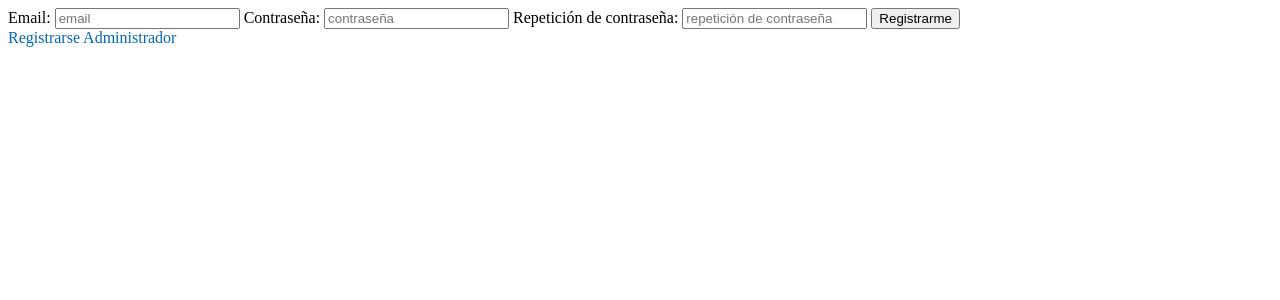
Repository: jluislechado/gestionUsuario
Page: http://localhost/php/registro.php
The author's editor kept a record of every edit. The page is drawn from the files as they stood at one moment, then again after the next edit.
The browser window is 1280 px wide. The pictures show the whole page.
The page is run by PHP 8.4 with error messages shown; the project is at /var/www/html/.

Above is the page before.

### workspace/php/registro.php
<?php
require '../clases/AutoCarga.php';
$bd= new DataBase();
$gestor= new ManageUsuario($bd);
$sesion= new Session();


?>
<!DOCTYPE html>
<html>
    <head>
        <meta charset="UTF-8">
        <title></title>
         <link rel="stylesheet" href="../estilo/estilo.css"/>
    </head>
    <body>
        <form action="phpregistro.php" method="post">
            <span>Email: </span><input type="email" name="email" placeholder="email"/>
            <span>Contraseña: </span><input type="password" name="contrasena" placeholder="contraseña"/>
            <span>Repetición de contraseña: </span><input type="password" name="repeticion" placeholder="repetición de contraseña"/>
            <input type="submit" value="Registrarme"/>
        </form>
        <a href="#">Registrarse</a>
        <a href="#">Administrador</a>
    </body>
</html>

### workspace/clases/AutoCarga.php
<?php
class AutoCarga {
    static function cargar($clase){
        $clase = str_replace("\\", "/", $clase);
        $archivo = "../clases/" .$clase . ".php";
         if (file_exists($archivo)) {
              require $archivo;
         }
   }
}
spl_autoload_register('AutoCarga::cargar'); // Tiene que estar fuera de la clase

### workspace/clases/DataBase.php
<?php
class DataBase {
    private $conexion, $consulta;
    function __construct() {
        try {
            $this->conexion = new PDO(
                    'mysql:host=' . Constant::SERVER . ';' .
                    'dbname=' . Constant::DATABASE, Constant::DBUSER, Constant::DBPASSWORD, array(
                PDO::ATTR_PERSISTENT => true,
                PDO::MYSQL_ATTR_INIT_COMMAND => 'set names utf8')
            );
        } catch (PDOException $e) {
            var_dump($e);
            exit();
            //Esta parte hay que completarla
        }
    }
    function close() {
        $this->conexion = null;
    }
    function getCount() {
        return $this->consulta->rowCount();
    }
    function getId() {
        return $this->conexion->lastInsertId();
    }
    function getErrorConection() {
        return $this->conexion->errorInfo();
    }
    function getError() {
        return $this->consulta->errorInfo();
    }
    function send($sql, $parametros = array()) {
        $this->consulta = $this->conexion->prepare($sql);
        foreach ($parametros as $nombreParametro => $valorParametro) {
            $this->consulta->bindValue($nombreParametro, $valorParametro);
        }
        //echo "parametros:";
        //var_dump($parametros);
        //echo "sql:" .$sql;
        return $this->consulta->execute();
    }
    function getRow() {
        $r = $this->consulta->fetch();
        if ($r === null) {
            $this->consulta->closeCursor();
        }
        return $r;
    }
    function count($tabla, $condicion="1 = 1", $parametros= array()){
        $sql = "select count(*) from $tabla where $condicion";
        $this->send($sql, $parametros);
        $fila = $this->getRow();
        return $fila[0];
    }

    function erase($tabla, $condicion, $parametros = array()) {
        //delete from TABLA where CONDICION
        $sql = "delete from $tabla where $condicion";
        if ($this->send($sql, $parametros)) {
            return $this->getCount();
        }
        return false;
    }
     function delete($tabla, $parametros = array()) {
        //delete from TABLA where CONDICION
        $camposWhere = "";
        foreach ($parametros as $nombreParametro => $valorParametro) {
            $camposWhere .= $nombreParametro . " = :" . $nombreParametro . " and ";
        }
        //$camposWhere .= "1=1";
        $camposWhere = substr($camposWhere, 0, -4);
        $sql = "delete from $tabla where $camposWhere";
        if ($this->send($sql, $parametros)) {
            return $this->getCount();
        }
        return false;
    }

    function insert($tabla, $parametros = array(), $auto = true) {
        //insert into TABLA values (VALORES);
        //insert into TABLA (CAMPOS) values (VALORES);
        //insert into TABLA (c1, c2) values (:c1, :c2);
        //si la tabla tiene un campo autonumerico devuelvo el id
        //si no devuelvo el numero de filas insertadas(1)
        //si error devuelvo false
        $campos = "";
        $valores = "";
        foreach ($parametros as $nombreParametro => $valorParametro) {
            $campos .= $nombreParametro . ",";
            $valores .= ":" . $nombreParametro . ",";
        }
        $campos = substr($campos, 0, -1);
        $valores = substr($valores, 0, -1);
        $sql = "insert into $tabla ($campos) values ($valores)";
        if ($this->send($sql, $parametros)) {
            if ($auto) {
                return $this->getId();
            }
            return $this->getCount();
        }
        return false;
    }
    function update($tabla, $parametrosSet = array(), $parametrosWhere = array()) {
        //update TABLA set VALORES where CONDICION
        //update TABLA set c1=:c1, c2=:c2 where c1=:_c1 and c3=:_c3
        $camposSet = "";
        $camposWhere = "";
        $parametros = array();
        foreach ($parametrosSet as $nombreParametro => $valorParametro) {
            $camposSet .= $nombreParametro . " = :" . $nombreParametro . ",";
            $parametros[$nombreParametro] = $valorParametro;
        }
        $camposSet = substr($camposSet, 0, -1);
        foreach ($parametrosWhere as $nombreParametro => $valorParametro) {
            $camposWhere .= $nombreParametro . " = :_" . $nombreParametro . " and ";
            $parametros["_" . $nombreParametro] = $valorParametro;
        }
        //$camposWhere .= "1=1";
        $camposWhere = substr($camposWhere, 0, -4);
        $sql = "update $tabla set $camposSet where $camposWhere";
        if ($this->send($sql, $parametros)) {
            return $this->getCount();
        }
        return -1;
    }
    function query($tabla, $proyeccion = "*", $parametros = array(), $orden = "1", $limite = "") {
        //select CAMPOS from TABLA where CONDICION order by ORDEN LIMIT
        //select c1,c2 from TABLA where c3=:c3 and c4 = :c4 order by c2 desc,c1 limit 8,15
        $campos = "";
        foreach ($parametros as $nombreParametro => $valorParametro) {
            $campos .= $nombreParametro . " = :" . $nombreParametro . " and ";
        }
        $campos .= "1=1";
        //$campos = substr($campos, 0, -4);
        $limit = "";
        if($limite!==""){
            $limit = "limit $limite";
        }
        $sql = "select $proyeccion from $tabla where $campos order by $orden $limit";
        return $this->send($sql, $parametros);
    }

    function select($tabla, $proyeccion = "*", $condicion = "1 = 1",
                    $parametros = array(), $orden="1", $limite=""){
          $limit = "";
        if($limite!==""){
            $limit = "limit $limite";
        }
        $sql = "select $proyeccion from $tabla "
                . "where $condicion order by $orden $limit";
        return $this->send($sql, $parametros);
    }
}

### workspace/clases/Constant.php
<?php
class Constant {
    const DATABASE = "users";
    const SERVER = "localhost";
    const DBUSER = "mmarjusticia";
    const DBPASSWORD = "";
    const NRPP = 10;
    const SEMILLA="La mató por un yogurt";
}

### workspace/clases/ManageUsuario.php
<?php

class ManageUsuario {
 private $bd = null;
    private $tabla = "usuario";

    function __construct(DataBase $bd) {
        $this->bd = $bd;
    }
    function get($email) {//pasandole el email convierto una fila de mi tabla en un objeto usuario
        $parametros['email'] = $email;
        $this->bd->select($this->tabla, "*", "email=:email", $parametros);
        $fila = $this->bd->getRow();
        $usuario = new Usuario();
        $usuario->set($fila);
        return $usuario;
    }
    function getByAlias($alias){
        $parametros['alias']=$alias;
        $this->bd->select($this->tabla,"*","alias=:alias",$parametros);
        $fila = $this->bd->getRow();
        $usuario = new Usuario();
        $usuario->set($fila);
        return $usuario;
    }
    function getListWhere($condicion,$pagina=1, $nrpp=Constant::NRPP){
         $registroInicial = ($pagina-1)*$nrpp;
         $this->bd->select($this->tabla, "*", $condicion, array(), "alias, email","", $registroInicial, $nrpp);
         $r=array();
         while($fila =$this->bd->getRow()){
             $usuario = new Usuario();
             $usuario->set($fila);
             $r[]=$usuario;
         }
         return $r;
    }

    function getList($proyeccion='*',$orden='email',$criterio='1', $pagina=1, $nrpp=Constant::NRPP){
         $registroInicial = ($pagina-1)*$nrpp;
         $this->bd->select($this->tabla, $proyeccion, "1=1", array(), $orden, $criterio, "$registroInicial, $nrpp");
         $r=array();
         while($fila =$this->bd->getRow()){
             $usuario = new Usuario();
             $usuario->set($fila);
             $r[]=$usuario;
         }
         return $r;
    }
     function delete($email) {
        $parametros = array();
        $parametros['email'] = $email;
        return $this->bd->delete($this->tabla, $parametros);
    }

function deleteUsuarios($parametros) {
        return $this->bd->delete($this->tabla, $parametros);
    }
      function set(Usuario $usuario) {

        $parametrosSet = array();
        $parametrosSet['email'] = $usuario->getEmail();
        $parametrosSet['clave'] = $usuario->getClave();
        $parametrosSet['alias']=$usuario->getAlias();
        $parametrosSet['fechaAlta']=$usuario->getFechaAlta();
        $parametrosSet['activo']=$usuario->getActivo();
        $parametrosSet['administrador']=$usuario->getAdministrador();
        $parametrosSet['personal']=$usuario->getPersonal();
        $parametrosWhere = array();
        $parametrosWhere['email'] = $usuario->getEmail();
        return $this->bd->update($this->tabla, $parametrosSet, $parametrosWhere);
    }
     function insert(Usuario $usuario) {
        //Se pasa un objeto autor y se inserta, se devuelve el id del elemento con el que se ha insertado
        $parametrosSet = array();
       $parametrosSet['email'] = $usuario->getEmail();
        $parametrosSet['clave'] = $usuario->getClave();
        $parametrosSet['alias']=$usuario->getAlias();
        $parametrosSet['fechaAlta']=$usuario->getFechaAlta();
        $parametrosSet['activo']=$usuario->getActivo();
        $parametrosSet['administrador']=$usuario->getAdministrador();
        $parametrosSet['personal']=$usuario->getPersonal();
        return $this->bd->insert($this->tabla, $parametrosSet);
    }
        function getValuesSelect($proyeccion,$orden){
        $this->bd->query($this->tabla, $proyeccion, array(), $orden);
        $array = array();
        while($fila=$this->bd->getRow()){
            $array[$fila[0]] = $fila[0];
        }
        return $array;
    }

    function getValuesSelect2($proyeccion,$orden){
        $this->bd->query($this->tabla, $proyeccion, array(), $orden);
        $array = array();
        $i=0;
        while($fila=$this->bd->getRow()){
            $array[$i] = $fila[0];
            $i++;
        }
        return $array;
    }
        function count($condicion="1 = 1", $parametros = array()){
        return $this->bd->count($this->tabla, $condicion, $parametros);
    }
        function getList2($pagina=1, $nrpp=Constant::NRPP){
         $registroInicial = ($pagina-1)*$nrpp;
         $this->bd->select($this->tabla, "*", "1=1", array(), "email, alias", "$registroInicial, $nrpp");
         $r=array();
         while($fila =$this->bd->getRow()){
             $usuario = new Usuario();
             $usuario->set($fila);
             $r[]=$usuario;
         }
         return $r;
    }
}

### workspace/clases/Session.php
<?php
class Session {
    private static $iniciada = false;
    function __construct($nombre = null) {
        if (!self::$iniciada){
            if($nombre!=null){
                session_name($nombre);
            }
            session_start();
            //$this->_control();
        }
        self::$iniciada = true;
    }
    private function _control() {
        $ip = $this->get('_ip');
        $cliente = $this->get('_cliente');
        if ($ip == null && $cliente == null) {
            $this->set('_ip', Server::getClientAddress());
            $this->set('_cliente', Server::getUserAgent());
        } else {
            if ($ip !== Server::getClientAddress() || $cliente !== Server::getUserAgent()) {
                $this->destroy();
            }
        }
    }

    function isLogged(){
        return $this->getUser()!=null;
    }
    function get($nombre) {
        if (isset($_SESSION[$nombre])) {
            return $_SESSION[$nombre];
        }
        return null;
    }

    function getUser(){
        return $this->get("_usuario");
    }
    function set($nombre, $valor) {
        $_SESSION[$nombre] = $valor;
    }
    function setUser(Usuario $usuario){
        $this->set("_usuario", $usuario);
    }

    function delete($nombre) {
        if (isset($_SESSION[$nombre])) {
            unset($_SESSION[$nombre]);
        }
    }
    function destroy() {
        session_destroy();
    }
    //El segundo parametro nos manda al sitio y hacemos un exit
    function sendRedirect($destino = "index.php", $final = true){
        header("Location: $destino");
        if($final ===true){
            exit();
        }
    }
    function getPacienteSas(){
        $this->get("_paciente");
    }
    function setPacienteSas(PacienteSas $pacienteSas){
        $this->set("_pacienteSas",$pacienteSas);
    }


}

### workspace/estilo/estilo.css
header{
    width:100%;
}
#cabecera{
    width:100%;
}
#formularioIndex{
    width:450px;
    height:150px;
    border:1px solid #0168b3;
    margin:0 auto;
    font-family:raleway;
    font-size:20px;
    color:#0168b3;
    text-align:center;
}
#botonIndex{
    background-color:#0168b3;
    font-family:raleway;
    font-size:20px;
    color:white;
    width:287px;
}
.blanco{
    width:100%;
    height:50px;
}
#enlacesIndex{
    width:450px;
    margin:0 auto;
    font-family:raleway;
    font-size:20px;
    color:#0168b3;
    text-align:center;
}
a{
    list-style:none;
    text-decoration:none;
    color:#0168b3;
}
#administradorIndex{
    width:100%;
    font-family:raleway;
    font-size:20px;
    color:#0168b3;
    text-align:right;
}
#h1{
    width:100%;
    font-family:raleway;
    color:#0168b3;
    font-size:40px;
    text-align:center;
    font-weight:200;
}
#formularioIndex2{
    width:450px;
    height:150px;
    border:1px solid #0168b3;
    margin-left:50px;
    float:left;
    font-family:raleway;
    font-size:20px;
    color:white;
    background-color:#0168b3;
    text-align:center;
}
#ladoDerecho{
    width:250px;
    float:right;
    margin-right:50px;
}
.usuario{
    width:250px;
    border:1px solid white;
    text-align:center;
    font-family:raleway;
    font-size:20px;
    background-color:#0168b3;
    margin-bottom:8px;
}
.usuario a{
   color:white;
}
table{
    margin:0 auto;
    font-family:raleway;
}
.mensaje{
    font-family:raleway;
    font-size:20px;
    background-color:#0168b3;
}

After the next edit:
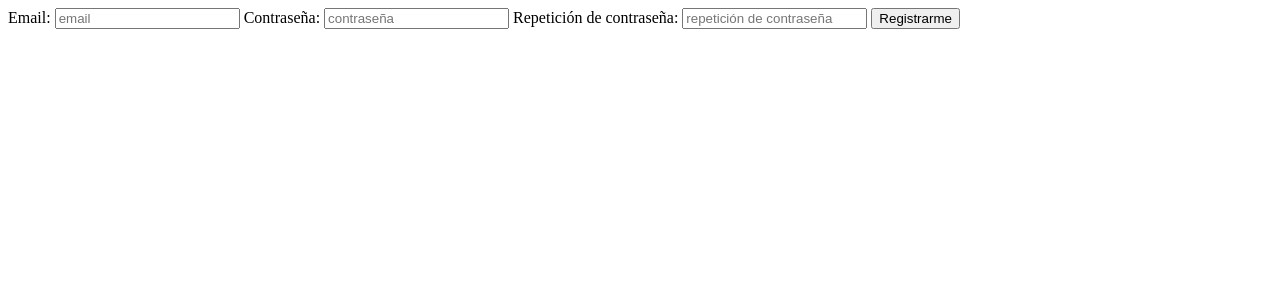
The edit:
--- a/workspace/php/registro.php
+++ b/workspace/php/registro.php
@@ -20,7 +20,5 @@
             <span>Repetición de contraseña: </span><input type="password" name="repeticion" placeholder="repetición de contraseña"/>
             <input type="submit" value="Registrarme"/>
         </form>
-        <a href="#">Registrarse</a>
-        <a href="#">Administrador</a>
     </body>
 </html>
